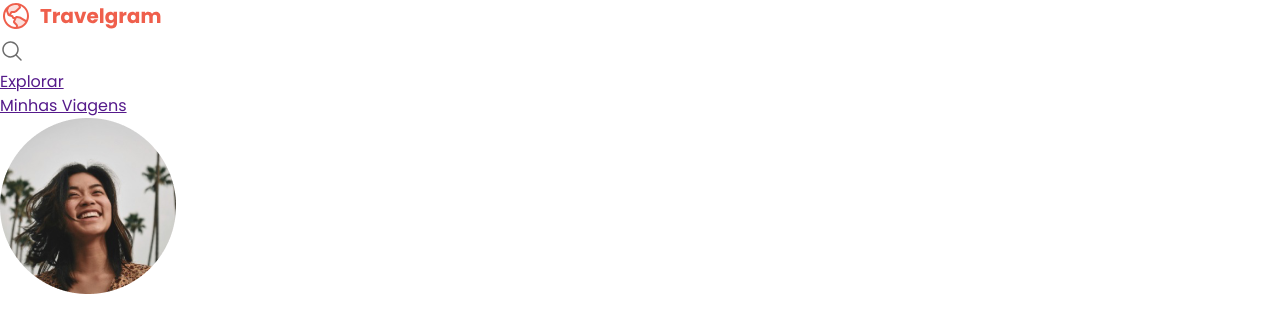
Repository: AbiezerSidonioJoseOdanacaJunior/projeto-travelgram
Page: index.html
An editor plug-in stored every save of this project. The page is shown before and after the next save, followed by the edit.
The browser window is 1280 px wide. The pictures show the whole page.
Some web fonts or font styles are not loaded; a fallback is used.

Above is the page before, as saved 2024-11-12 16:17:56.

After the next save:
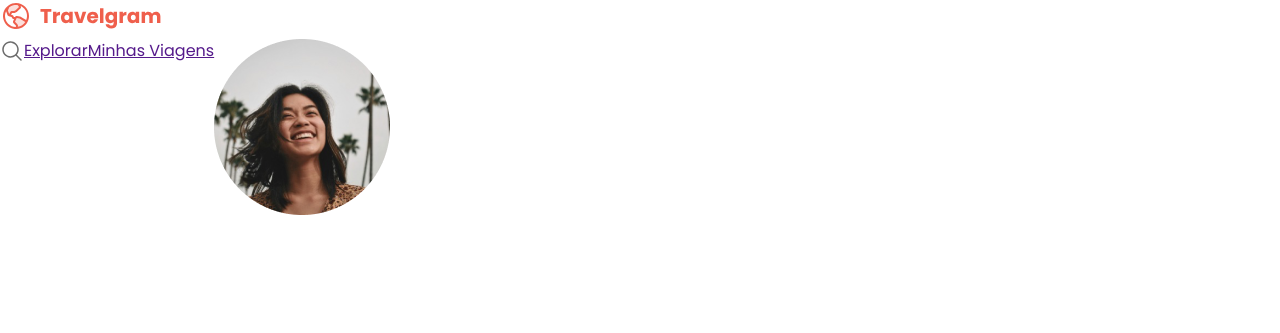
Saved 22 s later.
--- a/index.html
+++ b/index.html
@@ -6,7 +6,7 @@
     <link rel="preconnect" href="https://fonts.googleapis.com">
     <link rel="preconnect" href="https://fonts.gstatic.com" crossorigin>
     <title>Travelgram</title>
-    <link rel="stylesheet" href="styles/global.css">
+    <link rel="stylesheet" href="styles/index.css">
     <link href="https://fonts.googleapis.com/css2?family=Alice&family=Playfair+Display:ital,wght@0,400..900;1,400..900&family=Poppins:wght@400;700&display=swap" rel="stylesheet">
 </head>
 <body>

After the save that followed:
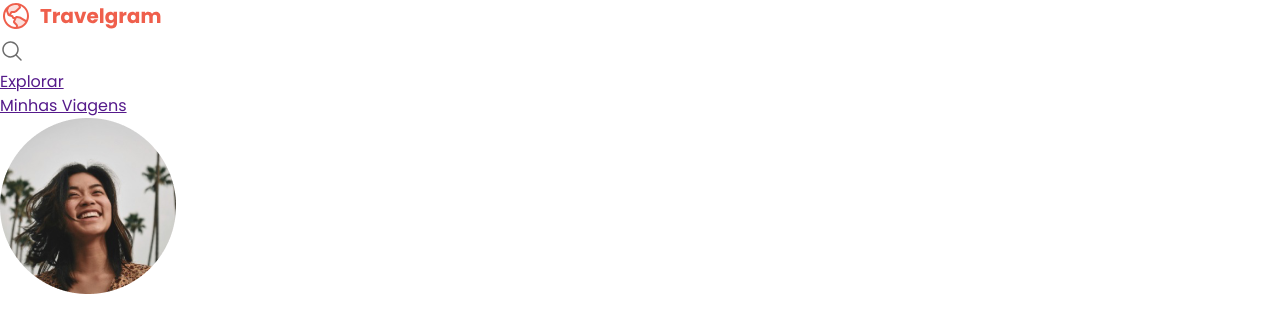
Saved 6 min 59 s later.
--- a/styles/nav.css
+++ b/styles/nav.css
@@ -1,8 +1,3 @@
 nnav{
     display: flex;
 }
-
-nav ul {
-    list-style: none;
-    display: flex;
-}
